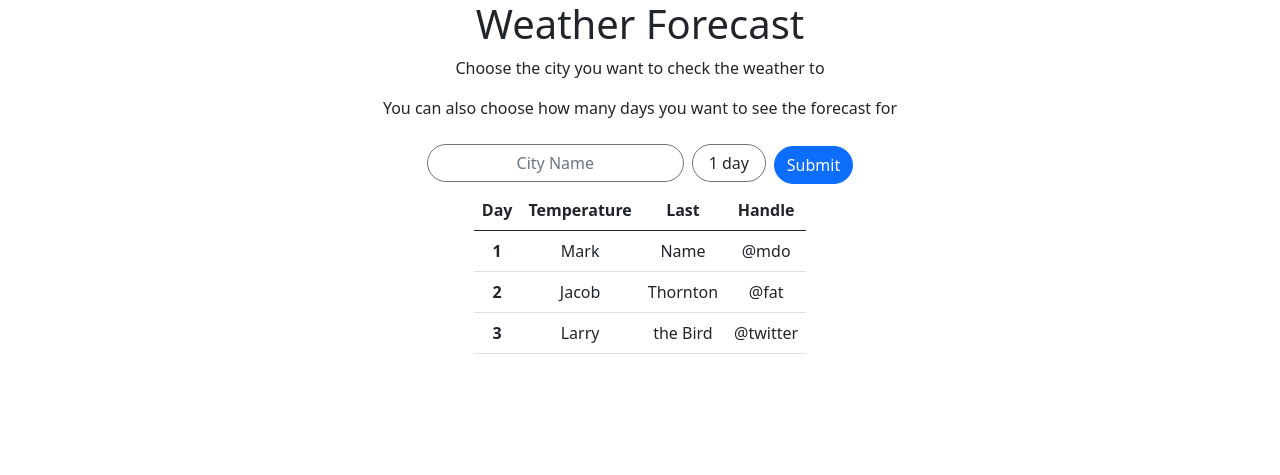
Repository: DimitrisDoxopoulos/my-own-weather-app
Page: /
The author's editor kept a copy of each file at every save. The page is drawn from the files as they stood at one save, then again after the next save.
The browser window is 1280 px wide. The pictures show the whole page.
The project was rebuilt for these pictures with package versions that can differ from the ones it lists, and the page was loaded fresh each time.

Above is the page before, as saved 2021-06-03 20:02:20.

After the next save:
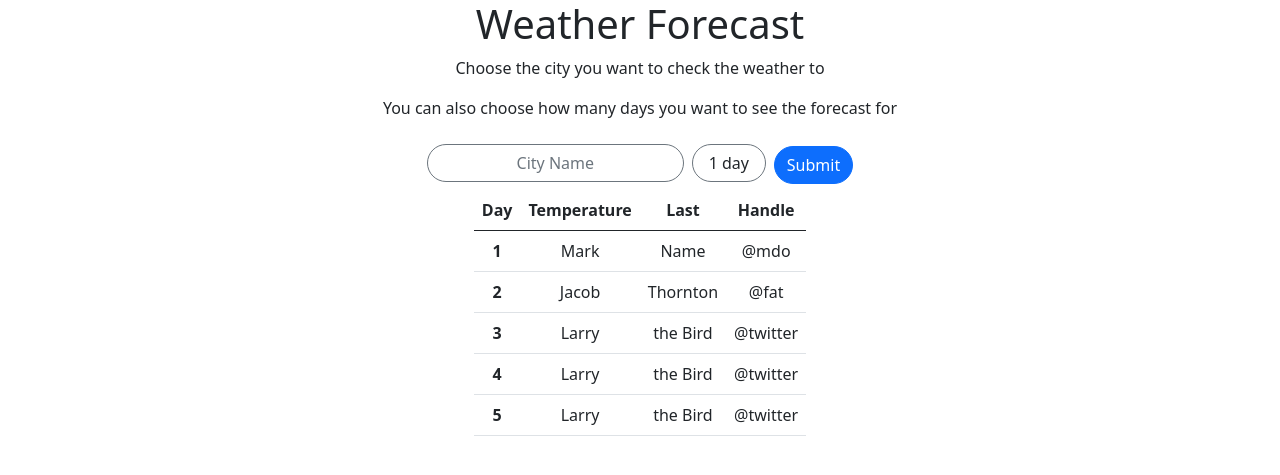
Saved 46 s later.
--- a/src/components/WeatherForecast.js
+++ b/src/components/WeatherForecast.js
@@ -14,22 +14,34 @@ const WeatherForecast = () => {
                 </thead>
                 <tbody>
                     <tr>
-                    <th scope="row">1</th>
-                    <td>Mark</td>
-                    <td>Name</td>
-                    <td>@mdo</td>
+                        <th scope="row">1</th>
+                        <td>Mark</td>
+                        <td>Name</td>
+                        <td>@mdo</td>
                     </tr>
                     <tr>
-                    <th scope="row">2</th>
-                    <td>Jacob</td>
-                    <td>Thornton</td>
-                    <td>@fat</td>
+                        <th scope="row">2</th>
+                        <td>Jacob</td>
+                        <td>Thornton</td>
+                        <td>@fat</td>
                     </tr>
                     <tr>
-                    <th scope="row">3</th>
-                    <td>Larry</td>
-                    <td>the Bird</td>
-                    <td>@twitter</td>
+                        <th scope="row">3</th>
+                        <td>Larry</td>
+                        <td>the Bird</td>
+                        <td>@twitter</td>
+                    </tr>
+                    <tr>
+                        <th scope="row">4</th>
+                        <td>Larry</td>
+                        <td>the Bird</td>
+                        <td>@twitter</td>
+                    </tr>
+                    <tr>
+                        <th scope="row">5</th>
+                        <td>Larry</td>
+                        <td>the Bird</td>
+                        <td>@twitter</td>
                     </tr>
                 </tbody>
             </table>
